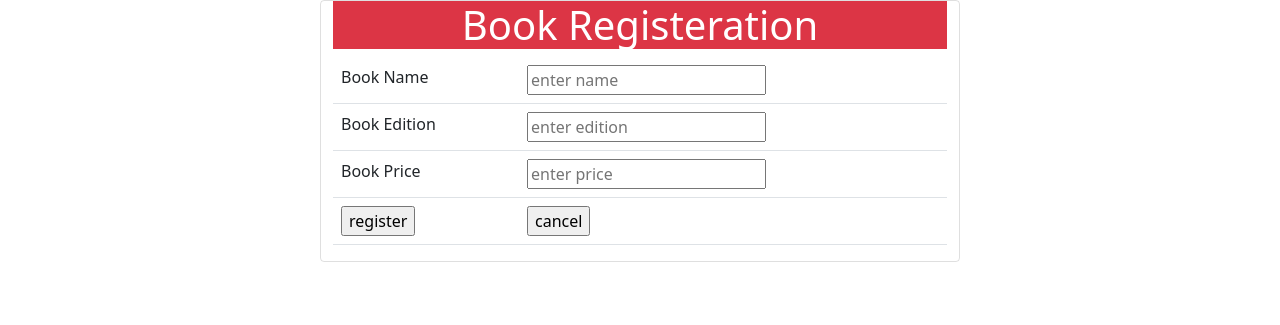
Repository: Altafalinadaf/BookWebApplication
Page: bookWebApp/src/main/webapp/home.html
An editor plug-in stored every save of this project. The page is shown before and after the next save, followed by the edit.
The browser window is 1280 px wide. The pictures show the whole page.

Above is the page before, as saved 2023-11-05 18:22:49.

After the next save:
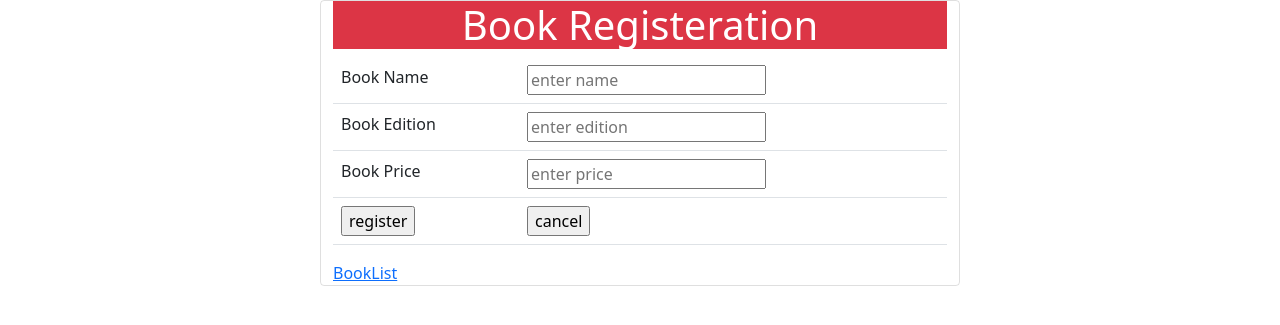
Saved 36 s later.
--- a/bookWebApp/src/main/webapp/home.html
+++ b/bookWebApp/src/main/webapp/home.html
@@ -33,6 +33,7 @@
 			</tr>
 		</table>
 	</form>
+	<a href="list">BookList</a>
 
 </body>
 
